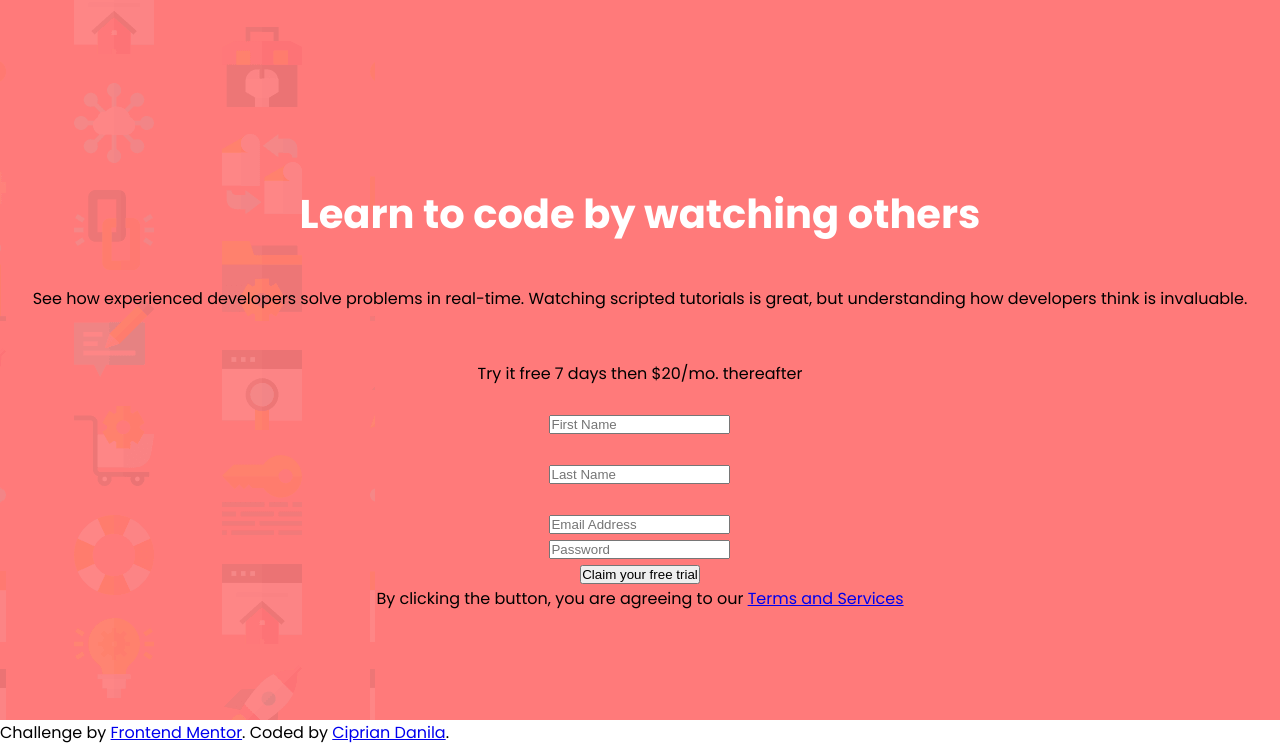
Repository: cipdanila/intro-component-with-sign-up-form
Page: index.html
These files come from the project's save history. The page is drawn as it stood at one moment and after the next save; the edit follows.
The browser window is 1280 px wide. The pictures show the whole page.

Above is the page before, as saved 2024-02-14 20:22:14.

### index.html
<!DOCTYPE html>
<html lang="en">
    <head>
        <meta charset="UTF-8" />
        <meta name="viewport" content="width=device-width, initial-scale=1.0" />
        <!-- displays site properly based on user's device -->

        <link rel="icon" type="image/png" sizes="32x32" href="./images/favicon-32x32.png" />
        <link rel="stylesheet" href="css/styles.css" />
        <title>Frontend Mentor | Intro component with sign up form</title>
    </head>
    <body>
        <main>
            <div class="container">
                <section class="intro-container">
                    <h1>Learn to code by watching others</h1>
                    <p class="intro">
                        See how experienced developers solve problems in real-time. Watching scripted tutorials is great, but
                        understanding how developers think is invaluable.
                    </p>
                </section>
                <section class="form-container">
                    <div class="top-box">
                        <p><span>Try it free 7 days</span> then $20/mo. thereafter</p>
                    </div>
                    <div class="form">
                        <form action="">
                            <div class="field-group">
                                <label for="fname"> </label><br />
                                <input type="text" name="fname" id="fname" class="input-field" placeholder="First Name" required />
                                <img src="./images/icon-error.svg" class="error-icon" alt="error-img">
                                <p class="error-message" id="fname-error">First Name cannot be empty</p>
                            </div>
                            <div class="field-group">
                                <label for="lname"> </label><br />
                                <input type="text" name="lname" id="lname" placeholder="Last Name" required />
                                <img src="./images/icon-error.svg" class="error-icon" alt="error-img">
                                <p class="error-message" id="lname-error">Last Name cannot be empty</p>
                            </div>
                            <div class="field-group">
                                <label for="email"> </label><br />
                                <input type="email" name="email" id="email" placeholder="Email Address" required />
                                <img src="./images/icon-error.svg" class="error-icon" alt="error-img">
                                <p class="error-message" id="email-error">Looks like this is not an email</p>
                            </div>
                            <div class="field-group">
                                <label for="password"></label>
                                <input type="password" name="password" id="password" placeholder="Password" required />
                                <p class="error-message" id="password-error">Password cannot be empty</p>
                            </div>
                            <button type="submit" id="login-button">Claim your free trial</button>
                            <p class="form-footer">By clicking the button, you are agreeing to our <a class="terms" href="#">Terms and Services</a></p>
                        </form>
                    </div>
                </section>
            </div>
        </main>

        <footer>
            <div class="attribution">
                Challenge by
                <a
                    href="https://www.frontendmentor.io/challenges/intro-component-with-signup-form-5cf91bd49edda32581d28fd1/hub"
                    target="_blank"
                    rel="noopener noreferer"
                    >Frontend Mentor</a
                >. Coded by <a href="https://github.com/cipdanila" target="_blank" rel="noopener noreferer">Ciprian Danila</a>.
            </div>
        </footer>
    </body>
</html>

### css/styles.css
@import url("https://fonts.googleapis.com/css2?family=Poppins:wght@400;500;600;700&display=swap");

:root {
    /* Colors */
    /* Primary */
    --red: hsl(0, 100%, 74%);
    --green: hsl(154, 59%, 51%);
    /* Accent */
    --blue: hsl(248, 32%, 49%);
    /* Neutral */
    --dark-blue: hsl(249, 10%, 26%);
    --grayish-blue: hsl(246, 25%, 77%);
    --white: #fff;
    /* Other variables */
    --font-size-base: 1rem; /* 16px */
    --font-weight-base: 400;
}

*,
*::after,
*::before {
    margin: 0;
    padding: 0;
    box-sizing: border-box;
}

body,
html {
    font-family: "Poppins", sans-serif;
    font-size: var(--font-size-base);
    font-weight: var(--font-weight-base);
}

.error-message, .error-icon {
    display: none;
    color: var(--red);
    font-size: 12px;
    margin-top: 5px;
}

main {
    min-height: 100vh;
    width: 100%;
    display: flex;
    align-items: center;
    justify-content: center;
    background: var(--red) url(/images/bg-intro-mobile.png) no-repeat;
    padding: 100px 0;
}

.container {
    display: flex;
    align-items: center;
    justify-content: center;
    flex-direction: column;
    text-align: center;
    padding: 0 30px;
    max-width: 1300px;
    margin: 0 auto;
}

.intro-container {
    flex: 1;
    margin-bottom: 50px;
}

.form-container {
    flex: 1;
}

.intro-container h1 {
    font-size: 2.5rem;
    line-height: 3rem;
    font-weight: 700;
    color: #fff;
    padding: 1rem;
    margin-bottom: 2rem;
    margin-top: 4rem;
    text-align: center;
}
/*

.intro {
    color: var(--white);
    padding: 1rem;
    font-weight: 700;
    margin-bottom: 4rem;
    text-align: center;
}

.price-title {
    font-size: 1rem;
    font-weight: 400;
    background-color: var(--blue);
    color: var(--white);
    box-shadow: rgba(0, 0, 0, 0.1) 0px 0.5rem;
    display: flex;
    align-items: center;
    justify-content: center;
    padding: 0.928rem 20%;
    border-radius: 0.625rem;
    margin-bottom: 2rem;
}


.price-title > span {
    font-weight: 700;
    margin-right: 0.25rem;
}

.register-form {
    background-color: var(--white);
    padding: 1.25rem;
    border-radius: 0.5rem;
    box-shadow: rgba(0, 0, 0, 0.1) 0px 0.5rem;
    display: flex;
    flex-direction: column;
    align-items: center;
    justify-content: center;
}

.register-form div {
    display: flex;
    flex-direction: column;
    justify-content: center;
    align-items: center;
}

.register-form input {
    width: calc(100% - 1.125rem);
    padding: 1rem;
    margin-bottom: 1.200rem;
    border-radius: 0.313rem;
    border: 1px solid var(--grayish-blue);
    color: var(--dark-blue);
    font-size: 1rem;
    font-weight: 700;
    text-indent: 0.75rem;
}

.register-form button {
    background-color: var(--green);
    color: var(--white);
    cursor: pointer;
    padding: 1rem;
    margin-bottom: 1.200rem;
    border-radius: 0.313rem;
    border: none;
    font-size: 1rem;
    font-weight: 500;
    letter-spacing: 1px;
    text-transform: uppercase;
}

.register-form p {
    color: var(--grayish-blue);
    font-size: 0.7rem;
    font-weight: 700;
    letter-spacing: -0.016rem;
    text-align: center;
    padding: 0.5rem 2.5rem;
}

a.terms {
    color: var(--red);
    font-weight: 700;
}

footer {
    margin-top: 20px;
}

.attribution {
    font-size: 11px;
    text-align: center;
}

.attribution a {
    color: hsl(228, 45%, 44%);
}


section {
    max-width: 100%;
    width: 50%;
    display: flex;
    flex-direction: column;
    align-items: center;
    justify-content: center;
    padding: 2rem;
}


input {
    border-style: none;
    outline: none;
}

input:focus {
    border: 1px solid var(--blue);
}

.input-field {
    border: 1px solid var(--dark-blue);
}

.input-field.input-error {
    border-color: var(--red);
}

.input-field.input-error::after {
    content: "";
    position: absolute;
    top: 50%;
    right: 10px;
    transform: translateY(-50%);
    width: 10px;
    height: 10px;
    background-image: url(./images/icon-error.svg);
    background-size: contain;
    background-color: var(--red);
    border-radius: 50%;
}
.error-message.show {
    display: block;
}

button:hover {
    background-color: hsl(154, 59%, 68%);
    cursor: pointer;
} */


/* @media (max-width: 650px) {
    main {
        height: auto;
    }
    .container {
        width: 100%;
        flex-direction: column;
        padding: 1rem;
    }
    section {
        width: 100%;
        padding: 1rem;
    }

    .learn {
        font-size: 1.6rem;
        line-height: normal;
        margin: 3rem;
        padding: 1rem;
    }
} */
/*
@media screen and (max-width: 768px) {
    .container {
        flex-direction: column;
        text-align: center;
        padding: 3rem;
    }

    section {
        width: 100%;
    }

    .container-form {
        margin-bottom: 5rem;
        margin-right: 0;
    }
} */

After the next save:
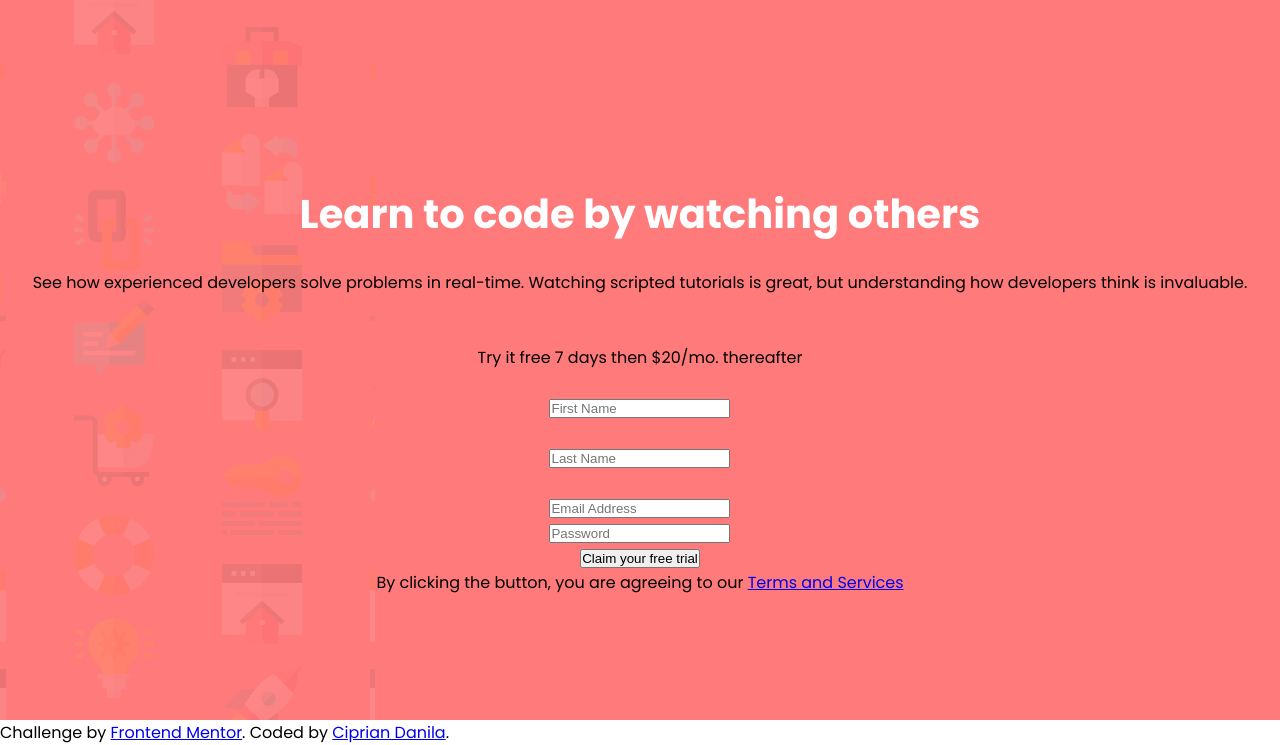
Saved 8 s later.
--- a/css/styles.css
+++ b/css/styles.css
@@ -73,7 +73,6 @@
     line-height: 3rem;
     font-weight: 700;
     color: #fff;
-    padding: 1rem;
     margin-bottom: 2rem;
     margin-top: 4rem;
     text-align: center;
